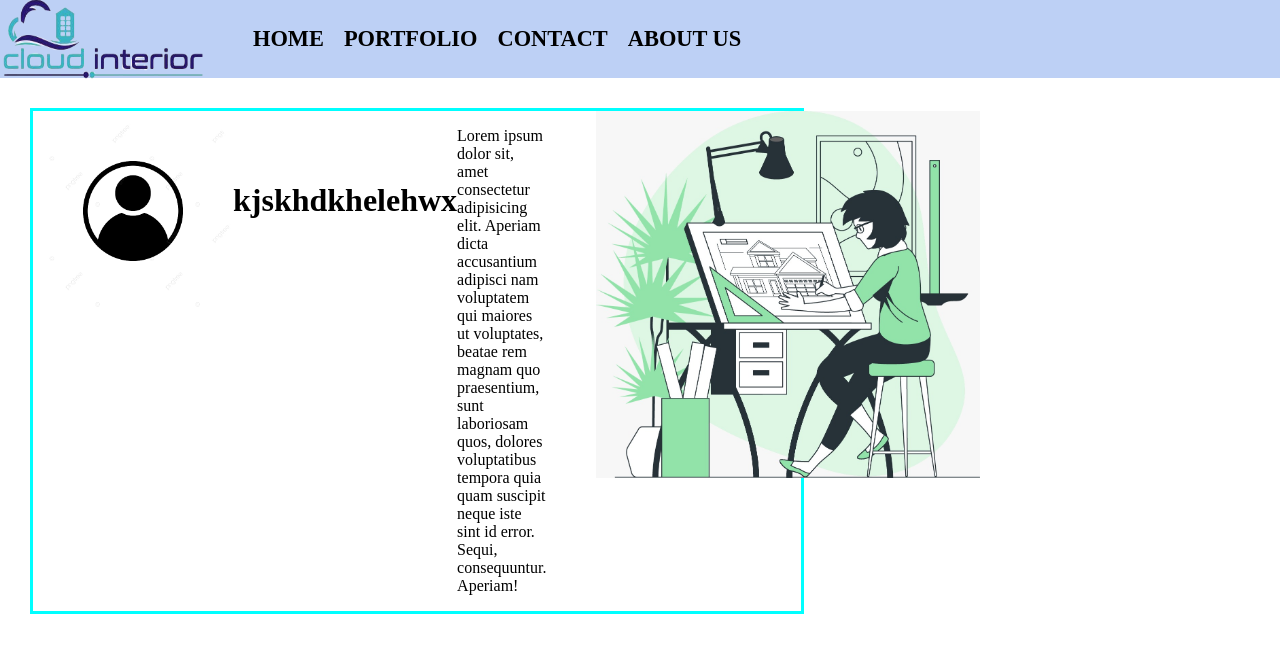
Repository: Ganavid/ganavidgowda.github.io
Page: cloud interior/about.html
These files come from the project's save history. The page is drawn as it stood at one moment and after the next save; the edit follows.
The browser window is 1280 px wide. The pictures show the whole page.

Above is the page before, as saved 2023-03-04 12:49:31.

After the next save:
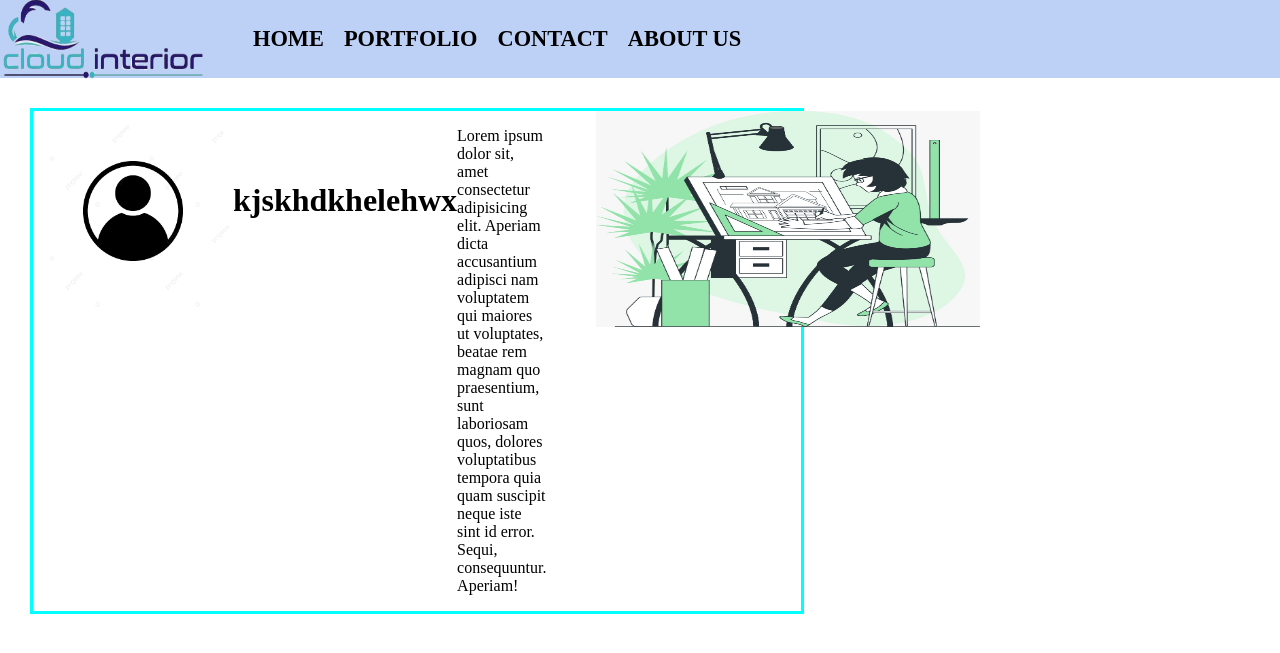
Saved 6 s later.
--- a/cloud interior/about.css
+++ b/cloud interior/about.css
@@ -94,7 +94,7 @@
 
 #imgl{
     width: 30vw;
-    height: ;
+    height: 30vh;
 }
 
 h1 {

After the save that followed:
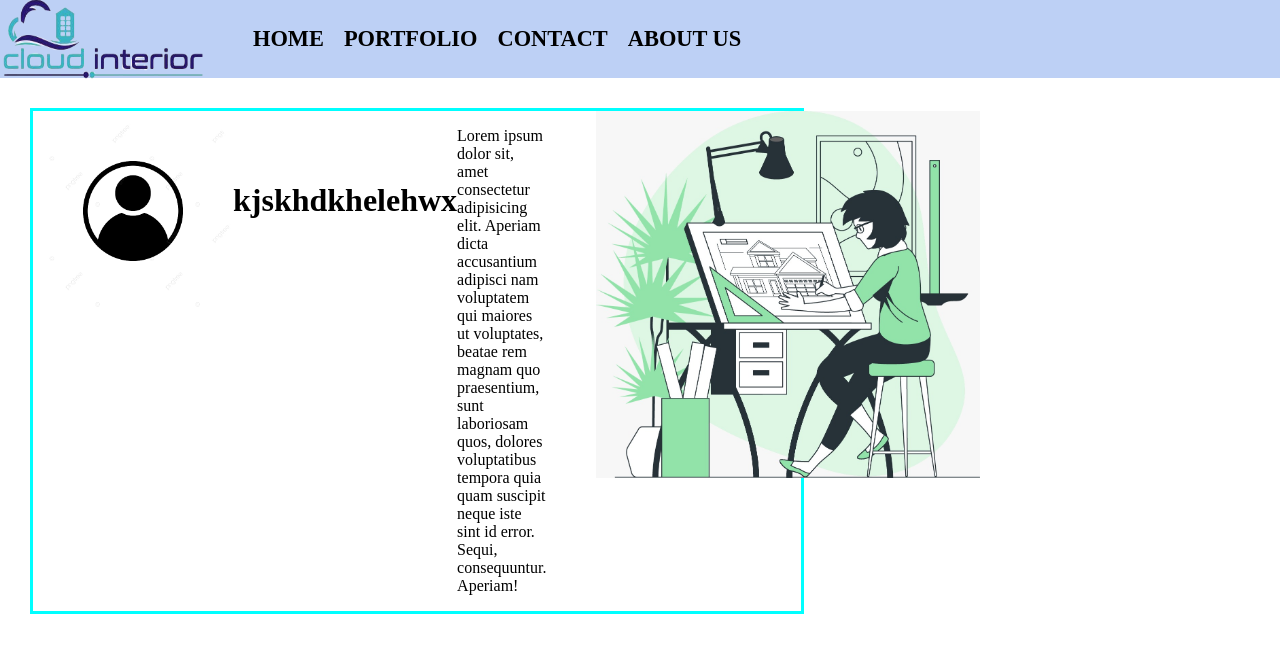
Saved 7 s later.
--- a/cloud interior/about.css
+++ b/cloud interior/about.css
@@ -94,7 +94,7 @@
 
 #imgl{
     width: 30vw;
-    height: 30vh;
+    /* height: 30vh; */
 }
 
 h1 {
